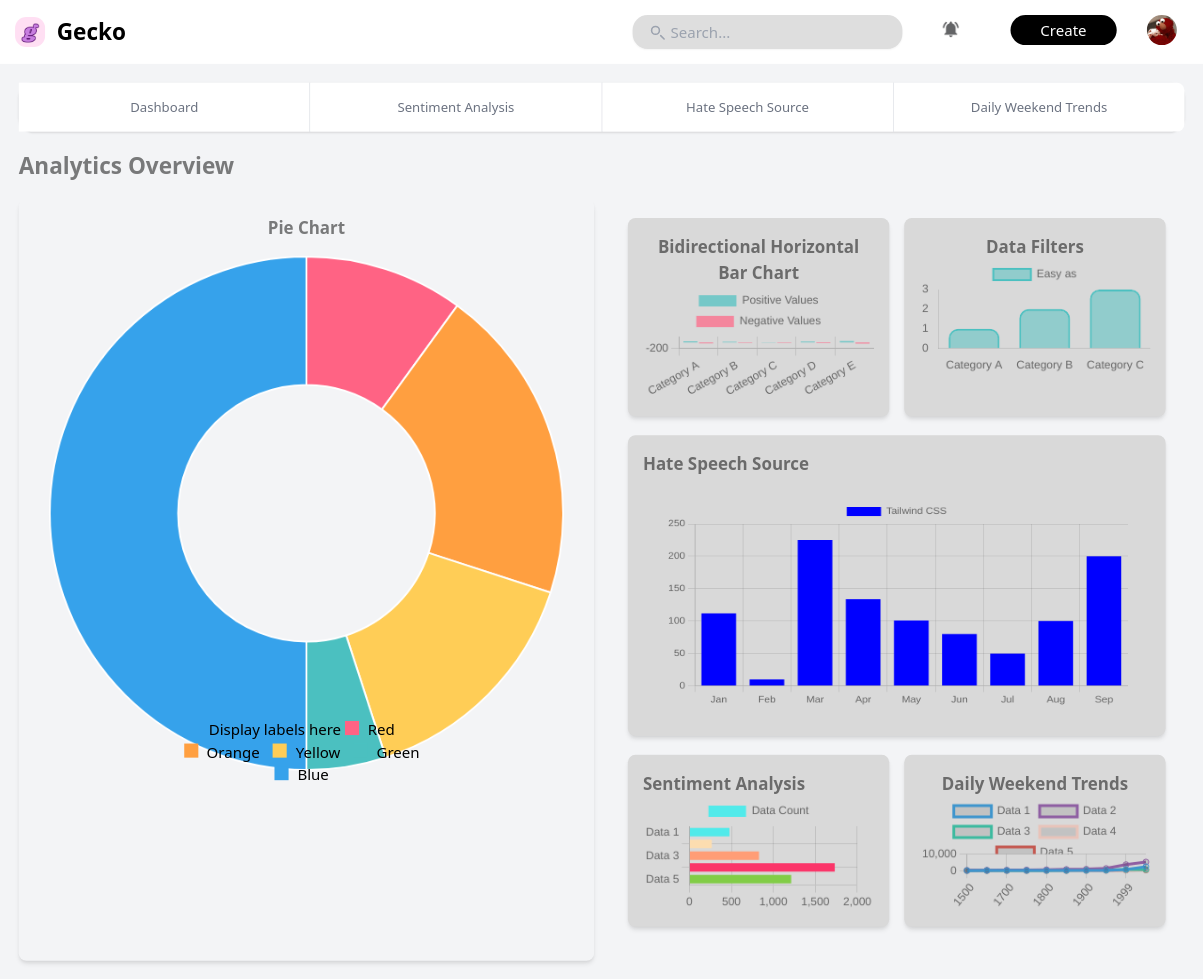
Repository: theamgri/thesis-website-nextjs
Page: website.html
The author's editor kept a copy of each file at every save. The page is drawn from the files as they stood at one save, then again after the next save.
The browser window is 1280 px wide. The pictures show the whole page, at 94% of full size.

Above is the page before, as saved 2023-10-06 20:43:51.

### website.html
<!DOCTYPE html>
<html lang="en">
<head>
    <meta charset="UTF-8">
    <meta name="viewport" content="width=device-width, initial-scale=1.0">
    <title>Gecko</title>
    <link rel="icon" type="image/x-icon" href="/images/icon.png">
    <link href="https://cdn.jsdelivr.net/npm/tailwindcss@2.2.19/dist/tailwind.min.css" rel="stylesheet">
    <script src="https://cdn.jsdelivr.net/npm/chart.js"></script>



</head>
<body class="bg-gray-100">

<nav class="bg-white drop-shadow-2xl border-gray-200 dark:bg-gray-900">
    <div class="flex flex-wrap items-center justify-between mx-auto p-4">
      <a href="." class="flex items-center">
          <img src="images/icon.png" class="h-8 mr-3 rounded-xl" alt="Logo" />
          <span class="self-center text-2xl font-semibold whitespace-nowrap dark:text-white">Gecko</span>
      </a>
      <button data-collapse-toggle="navbar-default" type="button" class="inline-flex items-center p-2 w-10 h-10 justify-center text-sm text-gray-500 rounded-lg md:hidden hover:bg-gray-100 focus:outline-none focus:ring-2 focus:ring-gray-200 dark:text-gray-400 dark:hover:bg-gray-700 dark:focus:ring-gray-600" aria-controls="navbar-default" aria-expanded="false">
          <span class="sr-only">Open main menu</span>
          <svg class="w-5 h-5" aria-hidden="true" xmlns="http://www.w3.org/2000/svg" fill="none" viewBox="0 0 17 14">
              <path stroke="currentColor" stroke-linecap="round" stroke-linejoin="round" stroke-width="2" d="M1 1h15M1 7h15M1 13h15"/>
          </svg>
      </button>
      <div class="hidden w-full md:block md:w-auto drop-shadow-2xl" id="navbar-default">
        <ul class="font-medium flex flex-col p-4 md:p-0 mt-4 border border-gray-100 rounded-lg bg-gray-50 md:flex-row md:space-x-8 md:mt-0 md:border-0 md:bg-white dark:bg-gray-800 md:dark:bg-gray-900 dark:border-gray-700">
            <li>
                <div class="relative">
                    <input
                        type="text"
                        placeholder="Search..."
                        class="block w-full py-2 pl-10 pr-4 leading-5 rounded-2xl shadow-sm focus:ring focus:ring-blue-200 border-gray-300" style="background-color: #DEDEDE;"
                    />
                    <div class="absolute inset-y-0 left-0 pl-4 flex items-center pointer-events-none">
                        <svg
                            class="w-5 h-5 text-gray-400"
                            fill="none"
                            stroke="currentColor"
                            viewBox="0 0 24 24"
                            xmlns="http://www.w3.org/2000/svg"
                        >
                            <path
                                stroke-linecap="round"
                                stroke-linejoin="round"
                                stroke-width="2"
                                d="M21 21l-4.35-4.35"
                            />
                            <path
                                stroke-linecap="round"
                                stroke-linejoin="round"
                                stroke-width="2"
                                d="M15 10a5 5 0 11-10 0 5 5 0 0110 0z"
                            />
                        </svg>
                    </div>
                </div>

              </li>
            <li>
              <img src="images/bellbutton.png" class="h-8 mr-3 rounded-xl" alt="Notification Bell" />
          </li>
          <li>
            <button class="bg-black drop-shadow-2xl hover:bg-blue-700 text-white font-normal py-1 px-8 rounded-full">
              Create
            </button>
          </li>
          <li>
            <a href="your-link-here">
                <img src="images/user.jpg" class="h-8 mr-3 rounded-full" alt="Notification Bell" />
            </a>
        </li>


        </ul>
      </div>
    </div>
  </nav>
<!-- //SIDE NAVBAR -->


<div class="sm:hidden">
  <label for="tabs" class="sr-only">Select your country</label>
  <select id="tabs" class="bg-gray-50 border border-gray-300 text-gray-900 text-sm rounded-lg focus:ring-blue-500 focus:border-blue-500 block w-full p-2.5 dark:bg-gray-700 dark:border-gray-600 dark:placeholder-gray-400 dark:text-white dark:focus:ring-blue-500 dark:focus:border-blue-500">
      <option>Profile</option>
      <option>Canada</option>
      <option>France</option>
      <option>Germany</option>
  </select>
</div>
<ul class="m-5 rounded-2xl drop-shadow-xl hidden text-sm font-medium text-center text-gray-500 divide-x divide-gray-200 rounded-lg shadow sm:flex dark:divide-gray-700 dark:text-gray-400">
  <li class="w-full">
      <a href="#" class="inline-block w-full p-4 bg-white hover:text-gray-700 hover:bg-gray-50 focus:ring-4 focus:ring-blue-300 focus:outline-none dark:hover:text-white dark:bg-gray-800 dark:hover:bg-gray-700" aria-current="page">Dashboard</a>
  </li>
  <li class="w-full">
      <a href="#" class="inline-block w-full p-4 bg-white hover:text-gray-700 hover:bg-gray-50 focus:ring-4 focus:ring-blue-300 focus:outline-none dark:hover:text-white dark:bg-gray-800 dark:hover:bg-gray-700">Sentiment Analysis</a>
  </li>
  <li class="w-full">
      <a href="#" class="inline-block w-full p-4 bg-white hover:text-gray-700 hover:bg-gray-50 focus:ring-4 focus:ring-blue-300 focus:outline-none dark:hover:text-white dark:bg-gray-800 dark:hover:bg-gray-700">Hate Speech Source</a>
  </li>
  <li class="w-full">
      <a href="#" class="inline-block w-full p-4 bg-white rounded-r-lg hover:text-gray-700 hover:bg-gray-50 focus:ring-4 focus:outline-none focus:ring-blue-300 dark:hover:text-white dark:bg-gray-800 dark:hover:bg-gray-700">Daily Weekend Trends</a>
  </li>

</ul>




  <div class="ml-5 text-left font-bold text-2xl opacity-50">
    <h1>Analytics Overview</h1>
  </div>

<!-- ... (previous code) ... -->

<div class="m-5 grid grid-cols-1 md:grid-cols-2 lg:grid-cols-2 xl:grid-cols-2 gap-4">
  <!-- Container for Pie Chart (2 rows) -->
  <div class="bg-white p-4 rounded-lg shadow-md" style="background-color: transparent; grid-row: span 2; overflow: visible;">
      <!-- Content goes here, such as the chart -->
      <h2 class="text-lg text-center opacity-50 font-semibold">Pie Chart</h2>
      <div style="position: relative;">
          <canvas class="p-4" id="donutChart" width="100" height="100"></canvas>
          <div style="position: absolute; bottom: 0; left: 50%; transform: translateX(-50%); text-align: center;">
              Display labels here
               <div style="display: inline-block; margin-right: 10px;">
                  <div style="background-color: rgb(255, 99, 132); width: 15px; height: 15px; display: inline-block; margin-right: 5px;"></div>
                  <span>Red</span>
              </div>
              <div style="display: inline-block; margin-right: 10px;">
                  <div style="background-color: rgb(255, 159, 64); width: 15px; height: 15px; display: inline-block; margin-right: 5px;"></div>
                  <span>Orange</span>
              </div>
              <div style="display: inline-block; margin-right: 10px;">
                  <div style="background-color: rgb(255, 205, 86); width: 15px; height: 15px; display: inline-block; margin-right: 5px;"></div>
                  <span>Yellow</span>
              </div>
              <div style="display: inline-block; margin-right: 10px;">
                  <div style="background-color: rgb(75, 192, 192); width: 15px; height: 15px; display: inline-block; margin-right: 5px;"></div>
                  <span>Green</span>
              </div>
              <div style="display: inline-block; margin-right: 10px;">
                  <div style="background-color: rgb(54, 162, 235); width: 15px; height: 15px; display: inline-block; margin-right: 5px;"></div>
                  <span>Blue</span>
              </div>
          </div>
      </div>

       <!-- Optionally, you can add a label or title for the container -->
      <script>
        // Ensure that the DOM is fully loaded before initializing the chart
        document.addEventListener("DOMContentLoaded", function() {
            const donutData = {
                type: 'doughnut',
                data: {
                    datasets: [
                        {
                            data: [10, 20, 15, 5, 50],
                            backgroundColor: [
                                'rgb(255, 99, 132)',
                                'rgb(255, 159, 64)',
                                'rgb(255, 205, 86)',
                                'rgb(75, 192, 192)',
                                'rgb(54, 162, 235)',
                            ],
                        },
                    ],
                    labels: ['Red', 'Orange', 'Yellow', 'Green', 'Blue'],
                },
                options: {
                    plugins: {
                        legend: {
                            display: false, // Hide the legend
                        },
                        datalabels: {
                            formatter: (value) => {
                                if (value < 15) return '';
                                return value + '%';
                            },
                        },
                    },
                },
            };

            var donutChart = new Chart(
                document.getElementById("donutChart"),
                donutData
            );
        });
    </script>
   </div>


  <div class="container mx-auto mt-0">

    <div class="m-5 grid grid-cols-1 md:grid-cols-2 lg:grid-cols-2 xl:grid-cols-2 gap-4">
        <!-- Container 1 -->
        <div class="bg-white p-4 rounded-lg shadow-md" style="background-color: #D9D9D9;">
            <h2 class="text-lg text-center opacity-50 font-semibold">Bidirectional Horizontal Bar Chart</h2>
            <canvas id="bidirectional-horizontal-bar-chart"></canvas>
        </div>

            <script src="https://cdn.jsdelivr.net/npm/chart.js"></script>

            <script>
                // Data for the bidirectional horizontal bar chart
                const label = ['Category A', 'Category B', 'Category C', 'Category D', 'Category E'];
                const positiveValues = [40, 25, 10, 35, 50];
                const negativeValues = [-30, -15, -20, -25, -40];

                const ctx = document.getElementById('bidirectional-horizontal-bar-chart').getContext('2d');
                new Chart(ctx, {
                    type: 'bar',
                    data: {
                        labels: label,
                        datasets: [
                            {
                                label: 'Positive Values',
                                data: positiveValues,
                                backgroundColor: 'rgba(75, 192, 192, 0.7)',
                            },
                            {
                                label: 'Negative Values',
                                data: negativeValues,
                                backgroundColor: 'rgba(255, 99, 132, 0.7)',
                            },
                        ]
                    },
                    options: {
                        responsive: true,
                        scales: {
                            x: {
                                beginAtZero: true,
                            },
                            y: {
                                beginAtZero: true,
                            },
                        },
                        plugins: {
                            legend: {
                                display: true,
                                position: 'top',
                            },
                        },
                    },
                });
            </script>



        <!-- Container 2 -->
    <div class="bg-white p-4 rounded-lg shadow-md" style="background-color: #D9D9D9;">
    <h2 class="text-lg text-center opacity-50 font-semibold">Data Filters</h2>
    <!-- Chart container -->
    <div id="chart-container" style="width: 100%; height: 100%;">
        <canvas id="vertical-bar-chart"></canvas>
    </div>

    <script src="https://cdn.jsdelivr.net/npm/chart.js"></script>

    <script>
        // Data and label variables
        const dataValues = [1, 2, 3];
        const dataLabels = ['Category A', 'Category B', 'Category C'];

        // Ensure that the DOM is fully loaded before creating the chart
        document.addEventListener("DOMContentLoaded", function() {
            const ctx = document.getElementById('vertical-bar-chart').getContext('2d');
            const chart = new Chart(ctx, {
                type: 'bar', // Use 'bar' type for vertical bar chart
                data: {
                    labels: dataLabels,
                    datasets: [{
                        label: 'Easy as',
                        data: dataValues,
                        backgroundColor: 'rgba(75, 192, 192, 0.5)',
                        borderColor: 'rgba(75, 192, 192, 1)',
                        borderWidth: 2,
                        borderRadius: 10, // Rounded corners for bars
                    }],
                },
                options: {
                    responsive: true,
                    scales: {
                        x: {
                            beginAtZero: true,
                            grid: {
                                display: false, // Hide x-axis gridlines
                            },
                        },
                        y: {
                            beginAtZero: true,
                            grid: {
                                display: false, // Hide y-axis gridlines
                            },
                        },
                    },
                },
            });
        });
    </script>
</div>





                </div>


    <div class="m-5 grid grid-cols-1 md:grid-cols-1 lg:grid-cols-1 xl:grid-cols-1 gap-4 mt-4">
      <!-- Container 3 -->
      <div class="bg-white p-4 rounded-lg shadow-md" style="background-color: #D9D9D9; height: 20rem;">
          <h2 class="text-lg opacity-50 font-semibold">Hate Speech Source</h2>


              <!-- Set max-height to ensure the chart fits within the container -->
              <canvas class="p-6" id="barChart" style="max-height: 100%;"></canvas>

      </div>
      <script src="https://cdnjs.cloudflare.com/ajax/libs/Chart.js/3.9.1/chart.min.js"
          integrity="sha512-ElRFoEQdI5Ht6kZvyzXhYG9NqjtkmlkfYk0wr6wHxU9JEHakS7UJZNeml5ALk+8IKlU6jDgMabC3vkumRokgJA=="
          crossorigin="anonymous" referrerpolicy="no-referrer"></script>
      <script>
          const labels = ['Jan', 'Feb', 'Mar', 'Apr', 'May', 'Jun', 'Jul', 'Aug', 'Sep'];
        const data = {
            labels: labels,
            datasets: [
                {
                    label: "Tailwind CSS",
                    backgroundColor: "blue",
                    borderColor: 'rgb(0, 0, 0)',
                    data: [112, 10, 225, 134, 101, 80, 50, 100, 200],
                    fill: false,
                },
            ],
        };

        const configChart = {
            type: "bar",
            data,
            options: {},
        };

        var chartLine = new Chart(
            document.getElementById("barChart"),
            configChart
        );
      </script>
  </div>


    <div class="m-5 grid grid-cols-1 md:grid-cols-2 lg:grid-cols-2 xl:grid-cols-2 gap-4 mt-4">
    <!-- Container 4 -->
    <div class="bg-white p-4 rounded-lg shadow-md" style="background-color: #D9D9D9;">
        <h2 class="text-lg tex-center opacity-50 font-semibold">Sentiment Analysis</h2>
        <div>
          <canvas id="horizontal-bar-chart"></canvas>
      </div>

      <script>
         new Chart(document.getElementById("horizontal-bar-chart"), {
            type: 'bar',
            data: {
                labels: ["Data 1", "Data 2", "Data 3", "Data 4", "Data 5"],
                datasets: [{
                    label: "Data Count",
                    backgroundColor: ["#51EAEA", "#FCDDB0",
                        "#FF9D76", "#FB3569", "#82CD47"
                    ],
                    data: [478, 267, 829, 1732, 1213]
                }]
            },
            options: {
                indexAxis: 'y',
                legend: {
                    display: false
                },
                title: {
                    display: true,
                    text: 'Chart JS Horizontal Bar Chart Example'
                }
            }
        });
      </script>

    </div>

    <!-- Container 5 -->
    <div class="bg-white p-4 rounded-lg shadow-md" style="background-color: #D9D9D9;">
        <h2 class="text-lg text-center opacity-50 font-semibold">Daily Weekend Trends</h2>


            <canvas id="line-chart" width="800" height="400"></canvas>

<script>
new Chart(document.getElementById("line-chart"), {
  type: 'line',
  data: {
    labels: [1500,1600,1700,1750,1800,1850,1900,1950,1999,2050],
    datasets: [{
        data: [86,114,106,106,107,111,133,221,783,2478],
        label: "Data 1",
        borderColor: "#3e95cd",
        fill: false
      }, {
        data: [282,350,411,502,635,809,947,1402,3700,5267],
        label: "Data 2",
        borderColor: "#8e5ea2",
        fill: false
      }, {
        data: [168,170,178,190,203,276,408,547,675,734],
        label: "Data 3",
        borderColor: "#3cba9f",
        fill: false
      }, {
        data: [40,20,10,16,24,38,74,167,508,784],
        label: "Data 4",
        borderColor: "#e8c3b9",
        fill: false
      }, {
        data: [6,3,2,2,7,26,82,172,312,433],
        label: "Data 5",
        borderColor: "#c45850",
        fill: false
      }
    ]
  },
  options: {
    title: {
      display: true,
      text: 'World population per region (in millions)'
    }
  }
});

</script>

    </div>

</div>


</body>
</html>

After the next save:
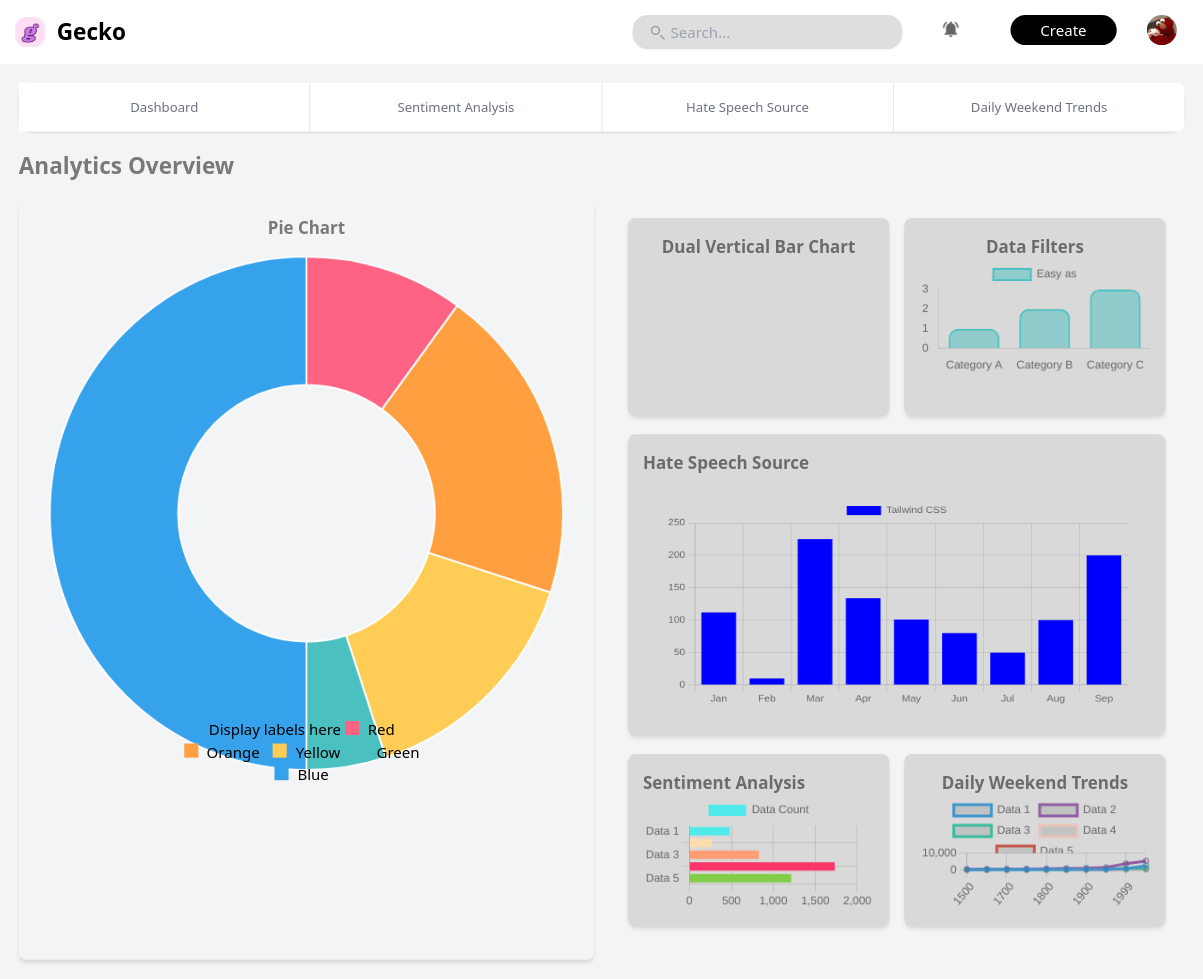
Console error: TypeError: Cannot read properties of null (reading 'getContext')
Saved 59 s later.
--- a/website.html
+++ b/website.html
@@ -197,8 +197,8 @@
     <div class="m-5 grid grid-cols-1 md:grid-cols-2 lg:grid-cols-2 xl:grid-cols-2 gap-4">
         <!-- Container 1 -->
         <div class="bg-white p-4 rounded-lg shadow-md" style="background-color: #D9D9D9;">
-            <h2 class="text-lg text-center opacity-50 font-semibold">Bidirectional Horizontal Bar Chart</h2>
-            <canvas id="bidirectional-horizontal-bar-chart"></canvas>
+            <h2 class="text-lg text-center opacity-50 font-semibold">Dual Vertical Bar Chart</h2>
+            <canvas id="dual-vertical-bar-chart"></canvas>
         </div>
 
             <script src="https://cdn.jsdelivr.net/npm/chart.js"></script>

After the save that followed:
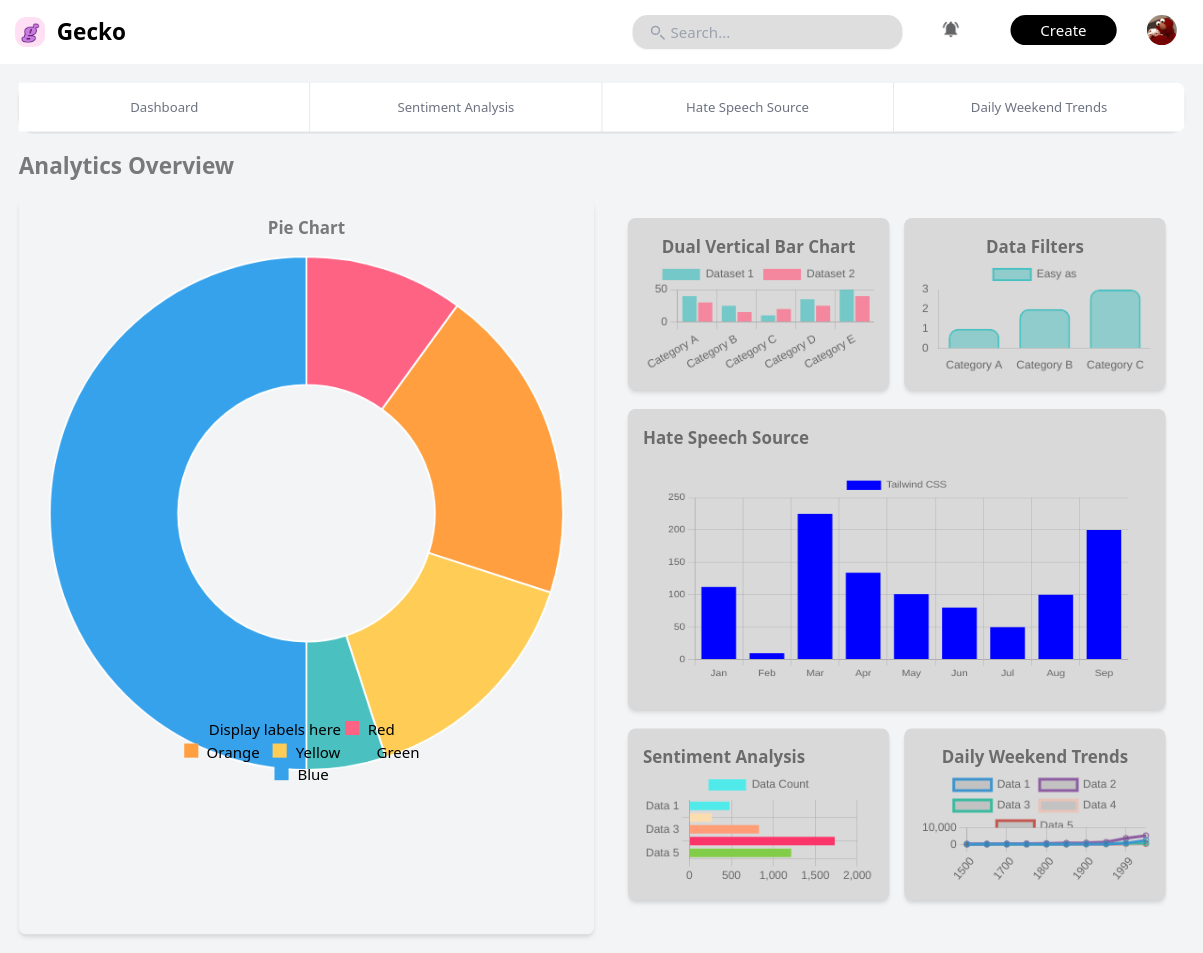
The error is gone.
Saved 12 s later.
--- a/website.html
+++ b/website.html
@@ -204,25 +204,25 @@
             <script src="https://cdn.jsdelivr.net/npm/chart.js"></script>
 
             <script>
-                // Data for the bidirectional horizontal bar chart
+                // Data for the dual vertical bar chart
                 const label = ['Category A', 'Category B', 'Category C', 'Category D', 'Category E'];
-                const positiveValues = [40, 25, 10, 35, 50];
-                const negativeValues = [-30, -15, -20, -25, -40];
-
-                const ctx = document.getElementById('bidirectional-horizontal-bar-chart').getContext('2d');
+                const dataset1 = [40, 25, 10, 35, 50];
+                const dataset2 = [30, 15, 20, 25, 40];
+
+                const ctx = document.getElementById('dual-vertical-bar-chart').getContext('2d');
                 new Chart(ctx, {
                     type: 'bar',
                     data: {
                         labels: label,
                         datasets: [
                             {
-                                label: 'Positive Values',
-                                data: positiveValues,
+                                label: 'Dataset 1',
+                                data: dataset1,
                                 backgroundColor: 'rgba(75, 192, 192, 0.7)',
                             },
                             {
-                                label: 'Negative Values',
-                                data: negativeValues,
+                                label: 'Dataset 2',
+                                data: dataset2,
                                 backgroundColor: 'rgba(255, 99, 132, 0.7)',
                             },
                         ]
